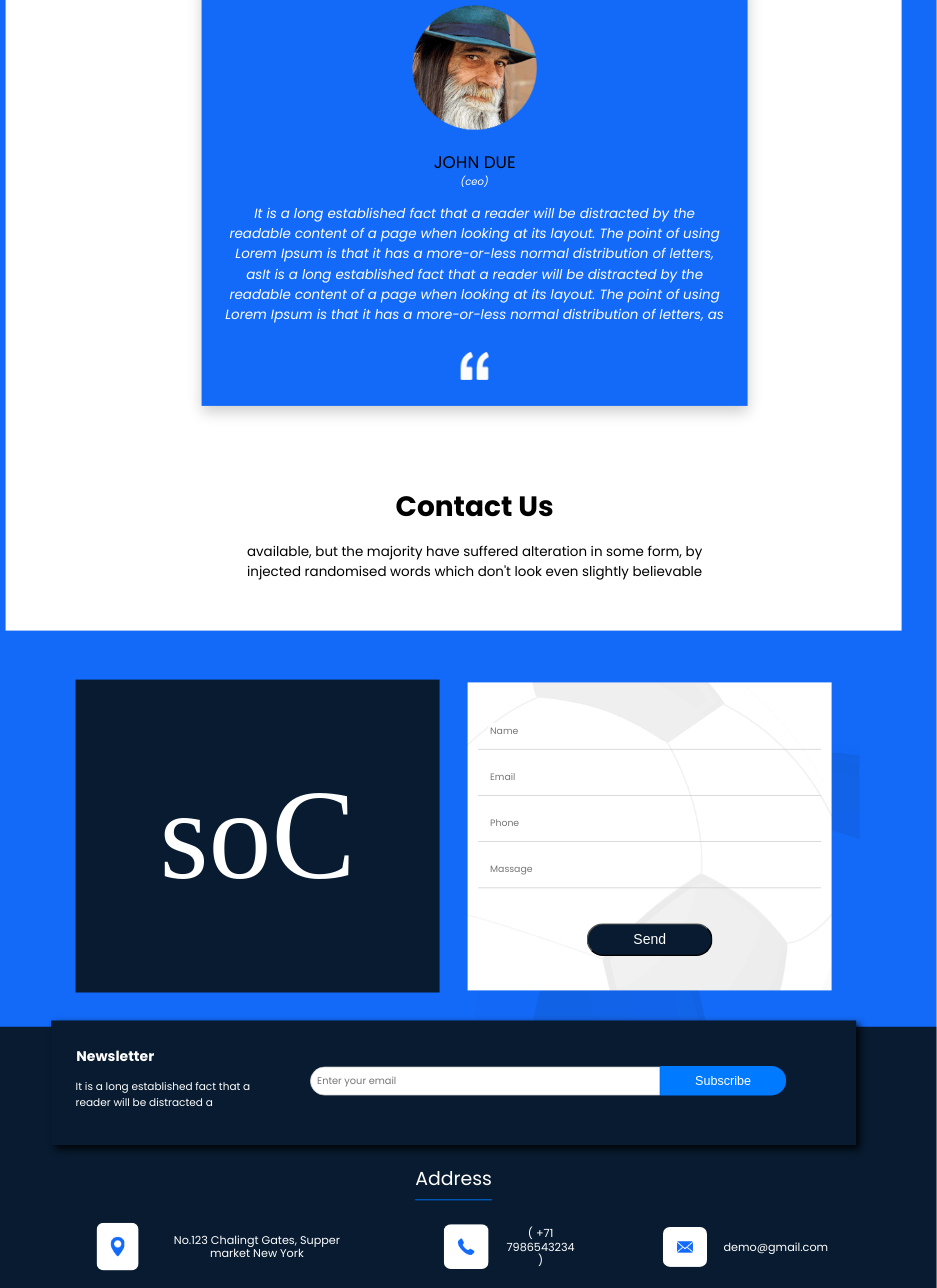
Repository: Vinicius9922/Projeto-Web
Page: index.html
An editor plug-in stored every save of this project. The page is shown before and after a run of saves, followed by the edit.
The browser window is 1280 px wide. The page is 1338 px wide, so the pictures cover 1338 px, including what lies to the right of the window. The pictures show the part of the page from y = 3007 to 4847 px (the page is 4971 px tall before and 4975 px after), at 70% of full size.

Above is the page before, as saved 2024-12-14 13:14:33.

### index.html
<!DOCTYPE html>
<html>

<head>
    <meta charset="UTF-8">
    <meta name="viewport" content="width=device-width, initial-scale=1.0">
    <link rel="stylesheet" href="index.css">
    <link rel="preconnect" href="https://fonts.googleapis.com">
    <link rel="preconnect" href="https://fonts.gstatic.com" crossorigin>
    <link
        href="https://fonts.googleapis.com/css2?family=Lora:ital,wght@0,400..700;1,400..700&family=Poppins:ital,wght@0,100;0,200;0,300;0,400;0,500;0,600;0,700;0,800;0,900;1,100;1,200;1,300;1,400;1,500;1,600;1,700;1,800;1,900&display=swap"
        rel="stylesheet">
    <title>Index</title>
</head>

<body class="main-layout">
    <header>
        <div class="header">
            <div class="container">
                <div class="logo"><img src="img/logo.png" alt="logo"></div>
                <div class="navBar">
                    <nav>
                        <ul class="menuNav">
                            <li>HOME</li>
                            <li>ABOUT</li>
                            <li>TESTMONIAL</li>
                            <li>SHOP</li>
                            <li>CONTACT US</li>
                            <li><img id="lupa" src="img/search_icon.png"></li>
                        </ul>
                    </nav>
                </div>
            </div>
        </div>
    </header>
    <section>
        <div class="container">
            <div class="carroussel">
                <div class="textCarroussel">
                    <h1>Welcome to <strong class="color">Our Shop</strong></h1>
                    <p>There are many variations of passages of Lorem Ipsum available, but the majority have
                        suffered
                        alteration in some form, by injected humour</p>
                    <button class="botao-carrossel">Buy Now</button>
                    <button class="botao-carrossel">About</button>
                </div>
            </div>
            <div class="img-carroussel">
                <div>
                    <figure><img id="img-carroussel" src="img/boksing-gloves.png" alt="img" /></figure>
                </div>
            </div>
        </div>
    </section>

    <div class="parte branca">
        <h1>Our <span>Products</span></h1>
        <p>There are many variations of passages of Lorem ipsum available, but the majority have suffered alteration in
            some form, by injected randomised words wich don't look even slightly believable</p>
    </div>

    <div class="container3">

        <div class="imagem1">
            <img src="img/basketball.png" alt="bola">
            <p>$<span class="valor">50</span></p>
            <p class="p1">Basket ball</p>
        </div>
        <div class="imagem2">
            <img src="img/t-shirt.png" alt="camiseta">
            <p>$<span class="valor">50</span></p>
            <p class="p1">T-shirt</p>
        </div>
        <div class="imagem3">
            <img src="img/game.png" alt="game">
            <p>$<span class="valor">50</span></p>
            <p class="p1">Game</p>
        </div>
        <div class="imagem4">
            <img src="img/basketball.png" alt="bola">
            <p>$<span class="valor">50</span></p>
            <p class="p1">Basket ball</p>
        </div>
        <div class="imagem5">
            <img src="img/t-shirt.png" alt="camiseta">
            <p>$<span class="valor">50</span></p>
            <p class="p1">T-shirt</p>
        </div>
        <div class="imagem6">
            <img src="img/game.png" alt="game">
            <p>$<span class="valor">50</span></p>
            <p class="p1">game</p>
        </div>

    </div>
    <div class="branca2">
        <h1> About <span>Us</span></h1>
        <p>There are many variations of passages of Lorem ipsum available, but the majority have suffered alteration in
            same form, by injected randomised words which dont´t look even slightly believable</p>
    </div>

    <div class="shield">
        <div class="texto-shield">
            <h1 class="textobranco">Best sports item shop our</h1>
            <p class="p2">There are many variations of passages of Lorem Ipsum available, but the majority have suffered
                alteration in some form, by injected randomised words which don't look even slightly believableThere are
                many variations of passages of Lorem Ipsum available, but the majority have suffered alteration in some
                form, by injected randomised words which don't look even slightly believable</p>

            <div class="btn_main">
                <a class="botao" href="#" role="button">Read More</a>
            </div>
        </div>
        <div class="child">
            <figure><img src="img/child-image.png">
            </figure>
        </div>
    </div>

    <!-- aaaaaaaaaaaaaaaaaaaa -->
    <div class="testimonial-contato">
        <div class="testominal">
            <h2> Testmonial</h2>
            <span>available, but the majority have suffered alteration in some form, by
                injected randomised words which don't look even slightly believable</span>
        </div>

        <div class="Jao">
            <div class="john_image"><img src="img/john-image.png"></div>
            <div class="john_text"><span class="name">JOHN DUE</span><span class="role">(ceo)</span></div>
            <p class="texto-generico">It is a long established fact that a reader will be distracted by the readable
                content of a page when looking at its layout. The point of using Lorem Ipsum is that it has a
                more-or-less normal distribution of letters, asIt is a long established fact that a reader will be
                distracted by the readable content of a page when looking at its layout. The point of using Lorem Ipsum
                is that it has a more-or-less normal distribution of letters, as </p>
            <div class="icon_image"><img src="img/icon-1.png"></div>
        </div>

        <div class="Contato">
            <h2><bold>Contact</bold> Us</h2>
            <span>available, but the majority have suffered alteration in some form, by
                injected randomised words which don't look even slightly believable</span>
        </div>
    </div>


    <!-- aaaaaaaaaaaaaaaaaaaa -->



    <div class="container2">
        <div class="formulario">
            <div class="box-left">
                <div class="soc">soC</div>
            </div>
            <div class="box-right">
                <form>
                    <div class="grupo-form">
                        <input type="text" class="form" placeholder="Name" name="Name">
                    </div>
                    <div class="grupo-form">
                        <input type="email" class="form" placeholder="Email" name="Email">
                    </div>
                    <div class="grupo-form">
                        <input type="text" class="form" placeholder="Phone" name="Phone">
                    </div>
                    <div class="grupo-form">
                        <input type="text" class="form" placeholder="Massage" name="mensagem">
                    </div>
                    <div class="send-button">
                        <button type="submit" class="botao-env">Send</button>
                    </div>
                </form>
            </div>
        </div>
        <div class="box-down">
            <div class="text-news">
                <h2 class="Newsletter">Newsletter</h2>
                <p class="text-newsletter">It is a long established fact that a reader will be distracted a</p>
            </div>
            <div class="email-news">
                <input type="email" class="news-email" placeholder="Enter your email" name="Email">
            </div>
            <div class="Subscribe">
                <button class="subs-button" type="Subscribe">Subscribe</button>
            </div>
        </div>

        <div class="footer">
            <div>
                <div>
                    <div>
                        <div class="titulo">
                            <h2 class="titulo_texto">Address</h2>
                        </div>
                    </div>
                </div>
            </div>
            <div class="endereco">
                <div>
                    <div class="icones">
                        <div class="site_info">
                            <div class="img-icon">
                                <span class="info_icon"><img src="img/map-icon.png" /></span>
                            </div>
                            <span>No.123 Chalingt Gates, Supper market New York</span>
                        </div>
                    </div>
                    <div class="icones">
                        <div class="site_info">
                            <div class="img-icon">
                                <span class="info_icon"><img src="img/phone-icon.png" /></span>
                            </div>
                            <span>( +71 7986543234 )</span>
                        </div>
                    </div>
                    <div class="icones">
                        <div class="site_info">
                            <div class="img-icon">
                                <span class="info_icon"><img src="img/email-icon.png" /></span>
                            </div>
                            <span>demo@gmail.com</span>
                        </div>
                    </div>
                </div>
            </div>

            <div class="menu_main">
                <div class="menu_text">
                    <ul>
                        <li>Home</li>
                        <li>About</li>
                        <li>Testmonial</li>
                        <li>Shop</li>
                        <li>Contact Us</li>
                    </ul>
                </div>
            </div>
        </div>
        <div class="last-info">
            <div class="trademark">
                <p>© 2019 All Rights Reserved. Design by Free Html Templates</p>
            </div>
        </div>
    </div>

</body>

</html>

### index.css
@import url('https://fonts.googleapis.com/css2?family=Lora:ital,wght@0,400..700;1,400..700&family=Poppins:ital,wght@0,100;0,200;0,300;0,400;0,500;0,600;0,700;0,800;0,900;1,100;1,200;1,300;1,400;1,500;1,600;1,700;1,800;1,900&display=swap');

body {
    width: 100%;
    font-family: Poppins, normal;
    background-color: #136af8;
    background: linear-gradient(to bottom, #136af8 90%, #081b30 90%, #081b30 98%, #136af8 98% );
}

header {
    background-color: #136af8;
    padding: 0px;
}

.container {
    display: flex;
    align-items: center;
    justify-content: space-between;
    margin: 40px 200px;
}

li:hover {
    text-decoration: underline;
    cursor: pointer;
    font-weight: bolder;
}

ul {
    color: white;
    list-style-type: none;
    display: flex;
    margin: 0;
    padding: 0;
    gap: 40px;
    font-weight: 500;
}

#lupa {
    margin-left: 20px;
}

.logo {
    margin-left: 60px;
}

section {
    background-color: #136af8;
    display: flex;
}

.textCarroussel {
    text-align: left;
    margin-left: 60px;
    padding-left: 15px;
}

.textCarroussel p,
strong {
    color: white;
}

.color {
    font-weight: bolder;
}

.textCarroussel h1 {
    font-family: Poppins;
    font-weight: bold;
    font-size: 65px;
    line-height: 74px;
    color: #081b30;
}

.textCarroussel p {
    font-size: 16px;
}

button {
    min-width: 180px;
    color: white;
    background-color: #081b30;
    padding: 10px 50px;
    border-radius: 30px;
    display: inline-block;
    font-size: 20px;
    margin-top: 40px;
    cursor: pointer;
}

button:hover {
    background-color: #032b58;
}

button+button {
    margin-left: 15px;
}

#img-carroussel {
    max-width: 110%;
    height: auto;
    display: block;
}


.parte.branca {
    background-color: white;
    text-align: center;
    padding: 40px 280px;
}

.parte.branca h1 {
    font-size: 50px;
    color: black;
    text-align: left;
    font-weight: 800;
    margin: 5px;
}

.parte.branca h1 span {
    color: #0072ff;

}

.parte.branca p {
    font-size: 18px;
    margin-top: 10px;
    text-align: left;
    font-weight: 400;
    margin: 5px;
}

/* Grade de produtos */
.container3 {
    display: grid;
    grid-template-columns: repeat(3, 1fr);
    gap: 20px;
    column-gap: 30px;
    padding-left: 250px;
    padding-right: 250px;
    padding-top: 40px;
    padding-bottom: 40px;
    background-color: #001f3f;
}


.container3 div {
    text-align: center;
    background-color: white;
    padding: 20px;
    box-shadow: 0 5px 10px rgba(0, 0, 0, 0.1);
}

.container3 img {
    width: 300px;
    height: 300px;
    margin-bottom: 10px;
}

.container3 div .valor {
    margin: 5px 0;
    font-size: 26px;
    color: #0072ff
}

.container3 div p {
    font-size: 26px;
    color: black;
    margin: 3px;
}

/* Sessão "About Us" */
.branca2 {
    background-color: white;
    text-align: left;
    padding: 40px 280px;
}

.branca2 h1 {
    font-size: 50px;
    color: black;
    text-align: left;
    font-weight: 800;
    margin: 5px;
}

.branca2 h1 span {
    color: #0072ff;
}

.branca2 p {
    font-size: 18px;
    margin-top: 10px;
    text-align: left;
    font-weight: 400;
    margin: 5px;
}

/* Sessão "Best sports item shop our" */
.shield {
    display: flex;
    justify-content: space-between;
    align-items: center;
    background-color: #0072ff;
    color: white;
    padding-left: 200px;
    padding-right: 200px;
    gap: 20px;
}

.texto-shield {
    text-align: left;
}

.shield h1 {
    font-size: 35px;
    color: rgb(255, 255, 255);
    text-align: left;
    font-weight: 700;
    margin: 5px;
}

.shield .p2 {
    font-size: 16px;
    margin-top: 10px;
    text-align: left;
    font-weight: 300;
    margin-bottom: 50px;
}

.btn_main .botao {
    text-decoration: none;
    background-color: black;
    color: white;
    padding: 10px 20px;
    border-radius: 30px;
    font-size: 17px;
    transition: 0.5s ease, color 0.4s ease 0.1s;
}

.botao:hover {
    background-color: #fbfbfb;
    color: black;
}

.child {
    margin: 0px;
}

.child img {
    height: 500px;
    width: 500px;
    display: flex;
    border: 15px solid #fff;
}

/* aaaaaaaaaaaaaaaaaaaaaaaaaaaaa */



.testimonial-contato {
    background-color: white;
    text-align: center;
    padding: 40px 280px;
 }


.testimonial {
    text-align: center;
    padding: 50px;
    color: white;
    width: 100%;
    border-radius: 10px;
    margin-bottom: 30px;
}

.testominal h2 {
    font-size:2.5em;
    margin-bottom: 20px;

}

.testimonial span {
    font-size: 1.2em;
    color: #f0f0f0;
}

.Jao {
    display: flex;
    flex-direction: column;
    align-items: center;
    margin-top: 30px;
    background-color: #136af8; /* Blue background */
    padding: 30px;
    box-shadow: 0px 8px 20px rgba(0, 0, 0, 0.2);
    color: white;
    width: 100%;
    margin-bottom: 30px;
}

.john_image img {
    width: 180px;
    height: 180px;
    border-radius: 50%;
    margin-bottom: 20px;
}

.john_text .name {
    font-size: 1.5em;
    color:black;
}

.john_text .role {
    font-style: italic;
    font-size: 0.9em;
    display:block;
}

.texto-generico {
    font-size: 1.2em;
    color: #fff;
    text-align: center;
    font-style: italic;
    margin-top: 20px;
}

.icon_image img {
    width: 40px;
    height: 40px;
    margin-top: 20px;
}

.Contato {
    text-align: center;
    margin-top: 50px;
    padding: 30px;
    width: 100%;
    border-radius: 10px;
}

.Contato h2 {
    font-size: 2.5em;
    margin-bottom: 20px;
}

.Contato span {
    font-size: 1.2em;

}












.container2 {
    display: flex;
    align-items: center;
    justify-content: space-between;
    margin: 30px 100px;
    flex-direction: column;
}

.formulario {
    flex: auto;
    display: flex;
    justify-content: space-between;
    align-items: center;
    border-radius: 10px;
    padding: 40px;
    justify-content: center;
    gap: 40px;
    background-image: url('img/contact-banner.png');
}

.grupo-form {
    width: 100%;
    padding: 15px;
    margin-bottom: 10px;
    border-bottom: 1px solid #ccc;
}

form {
    display: flex;
    flex-direction: column;
    align-items: center;
    width: 460px;
    height: 360px;
}

.form {
    border: none;
    width: 100px;
    margin: 0px;
}

.box-left {
    background-color: #081b30;
    color: white;
    text-align: center;
    font-family: apple;
    font-size: 180px;
    padding: 10% 10%;
    padding: 120px;
}

.box-right {
    height: auto;
    background-color: #f2f2f2;
    background-image: url('img/boll_bg.png');
    padding: 40px 30px;
}

.box-left,
.box-right {
    width: 50%;
}

input {
    border: none;
    outline: none;
    width: 100%;
}

input,
textarea {
    font-family: Poppins, normal;
    color: #a4a0a0;
    width: 100%;
}

.box-down {
    display: flex;
    align-items: row;
    background-color: #081b30;
    color: white;
    width: 1150px;
    box-shadow: 5px 5px 10px 0 rgba(0, 0, 0, 0.9);
}

.text-news {
    display: flex;
    flex-direction: column;
    max-width: 300px;
    padding-left: 35px;
    font-size: 12px;
    padding: 35px;
}

.Newsletter {
    margin: 1px;
    font-size: 20px;
}

.text-newsletter {
    font-size: 15px;
}

.email-news {
    display: flex;
    align-items: center;
    height: 172px;
}

.Subscribe {
    display: flex;
    align-items: center;
    height: 132px;
}

.news-email {
    padding: 9px;
    font-size: 14px;
    border: 1px solid #ccc;
    border-radius: 25px 0 0 25px;
    width: 500px;
    height: 41px;
    box-sizing: border-box;
}

.subs-button {
    font-size: 18px;
    color: white;
    background-color: #007BFF;
    border: none;
    border-radius: 0 25px 25px 0;
    cursor: pointer;
    height: 42px;

}

.subs-button:hover {
    background-color: #0056b3;
}


.footer{
    font-size: 18px;
    margin-top: 10px;
    text-align: center;
    font-weight: 400;
    margin: 5px;
}

.titulo_texto{
    color:white;
    text-decoration-line: underline;
    text-decoration-color: #0056b3;
    text-underline-offset: 20px;
    font-weight:400;
}

.endereco > div {
    display: flex;
    gap: 100px;
    align-items: center;
}

.icones {
    display: flex;
    align-items: center;
    gap: 10px;
    color:white;
}

.info_icon img {
    width: auto;
    height: auto;
    background-color:white;
    border-radius: 10px;
    padding: 20px;
    display: block;
}

.site_info {
    display: flex;
    align-items: center;
}

.site_info span {
    line-height: 1.2;
    font-size: 16px;

}
.img-icon {
    display: flex;
    align-items: center;
    justify-content: center;
    width: 50px;
    height: 50px;
    background-color: white;
    border-radius: 10px;
    margin:30px;
}

.menu_text ul{
    font-size: 14px;
    text-align: center;
    padding:0px 00px 0px 350px;
    align-items:center;
    margin-bottom: 15px;
}

.menu_text li:hover{
    color:#0072ff;
    cursor: pointer;
    text-decoration:none;
}
.trademark{
   color:white;
   align-items:center;
   margin-top: 15px;
}

After the next 4 saves:
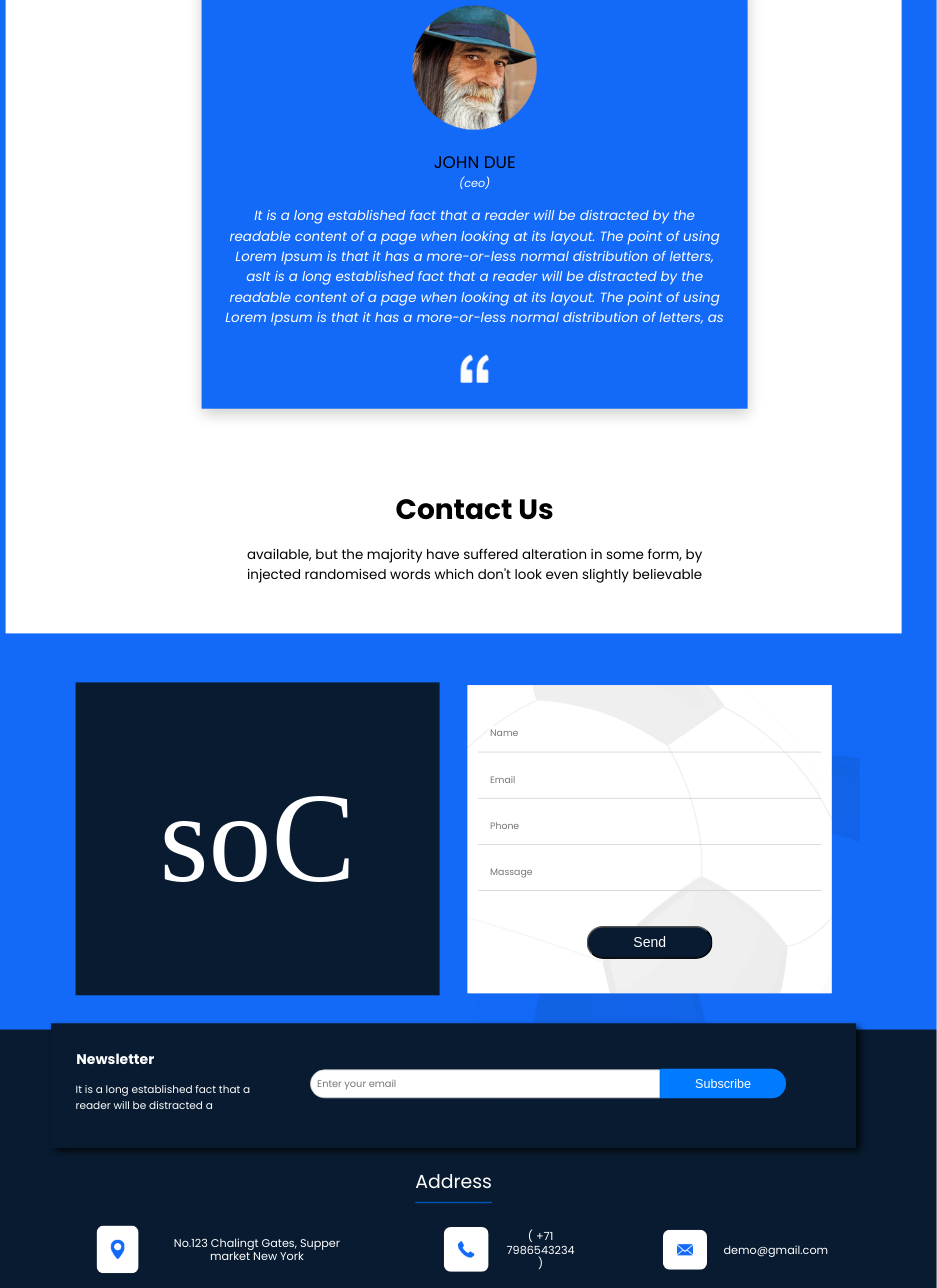
The 4 saves are shown as one change because they came seconds apart.
The last was saved 12 s later.
--- a/index.css
+++ b/index.css
@@ -311,7 +311,7 @@
 
 .john_text .role {
     font-style: italic;
-    font-size: 0.9em;
+    font-size: 1.0em;
     display:block;
 }
 
